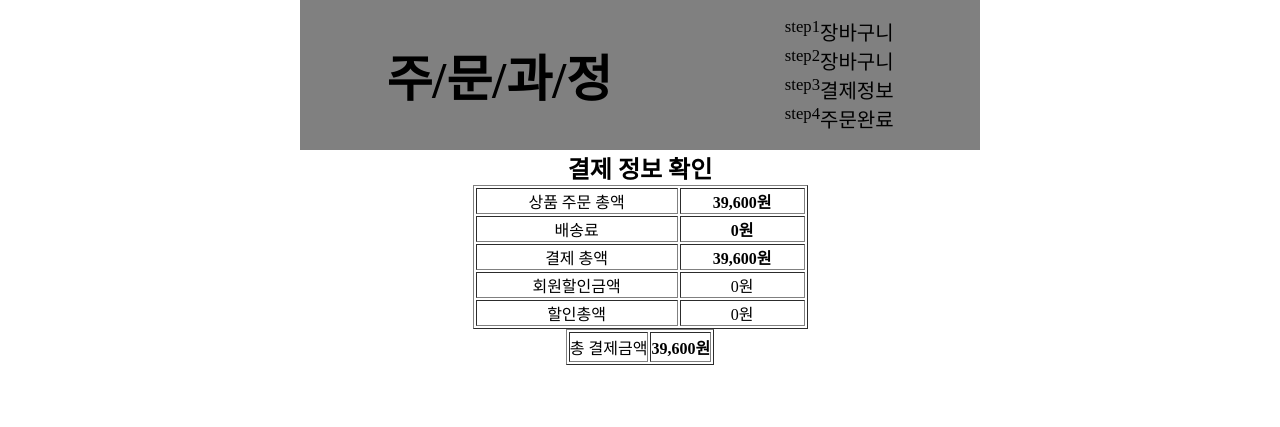
Repository: kym-1000/book
Page: http://localhost/book/WEB-INF/views/cart/pay.jsp
These files come from the project's save history. The page is drawn as it stood at one moment and after the next save; the edit follows.
The browser window is 1280 px wide. The pictures show the whole page.
The page is served by Tomcat 9. Nobody is signed in. Other server files are loaded and not shown. The template is opened directly, without the code that normally fills it, so the values that code supplies are empty.

Above is the page before, as saved 2023-01-02 07:54:51.

### book/book/src/main/webapp/WEB-INF/views/cart/pay.jsp
<%@ page language="java" contentType="text/html; charset=UTF-8"
    pageEncoding="UTF-8"%>
<!DOCTYPE html>
<html>
<head>
<meta charset="UTF-8">
<title>Insert title here</title>

<style type="text/css">
	*{
		margin: auto;
		padding: 0;
		}

	#pay{
		text-align: center;
		display : flex;
		align-items : center;

	}


</style>
</head>
<body>

	<jsp:include page="../cart/cartheader.jsp"></jsp:include>

	<h2 style="text-align: center;"> 결제 정보 확인</h2>

	<div id="pay">

	<form action="" method="post">

               <table width="335" border="1">
                 <tbody>
                   <tr>
                     <td class="td1">상품 주문 총액  </td>
                     <td class="td2"><strong><span >39,600</span>원</strong></td>
                   </tr>
                   <tr>
                     <td class="td1">배송료</td>
                     <td class="td2"><strong><span >0</span>원</strong></td>
                   </tr>
                   <tr>
                     <td class="td1">결제 총액</td>
                     <td class="td2"><strong>39,600원</strong></td>
                   </tr>
                   <tr>
                     <td class="td1">회원할인금액</td>
                     <td class="td2"><span>0</span>원</td>
                   </tr>
                     <tr>
                     <td class="td1">할인총액</td>
                     <td class="td2"><span>0</span>원</td>
                   </tr>

                 </tbody>
               </table>

            <table  border="1">
               <tbody>
                 <tr>
                  <td height="28" >총 결제금액</td>
                  <td height="28" ><strong><span >39,600</span>원</strong></td>
                 </tr>
            	</tbody>
            </table>

		</form>

		</div>



</body>
</html>

### book/book/src/main/webapp/WEB-INF/views/cart/cartheader.jsp
<%@ page language="java" contentType="text/html; charset=UTF-8"
    pageEncoding="UTF-8"%>
<%@ taglib uri="http://java.sun.com/jsp/jstl/core" prefix="c" %>
<!DOCTYPE html>
<html>
<head>
<meta charset="UTF-8">
<title>Insert title here</title>
<style type="text/css">

	#pagetop{
		margin-left: 300px;
		margin-right: 300px;
	    background-color: grey;
	    font-size: 20px;
		height: 150px;
		display : flex;
	  	/* justify-content : center; */
	  	align-items : center;
	}

</style>
</head>
<body>


	<div id="pagetop">
		<h2 style="text-align: left; font-size: 50px">
			주/문/과/정
		</h2>
		<div style="text-align: right;">

		<c:choose >
		<c:when test="${msg eq 1}">
		<div style="color: red">
		<sup>step1</sup>장바구니
		</div>
		</c:when>
		<c:otherwise>
		<div>
		<sup>step1</sup>장바구니
		</div>
		</c:otherwise>
		</c:choose>

		<c:choose>
		<c:when test="${msg eq 2}">
		<div style="color: red">
		<sup>step2</sup>배송정보
		</div>
		</c:when>
		<c:otherwise>
		<div>
		<sup>step2</sup>장바구니
		</div>
		</c:otherwise>
		</c:choose>

		<c:choose>
		<c:when test="${msg eq 3}">
		<div style="color: red">
		<sup>step3</sup>결제정보
		</div>
		</c:when>
		<c:otherwise>
		<div>
		<sup>step3</sup>결제정보
		</div>
		</c:otherwise>
		</c:choose>

		<c:choose>
		<c:when test="${msg eq 4}">
		<div style="color: red">
		<sup>step4</sup>주문완료
		</div>
		</c:when>
		<c:otherwise>
		<div>
		<sup>step4</sup>주문완료
		</div>
		</c:otherwise>
		</c:choose>

		</div>
	</div>

</body>
</html>

After the next save:
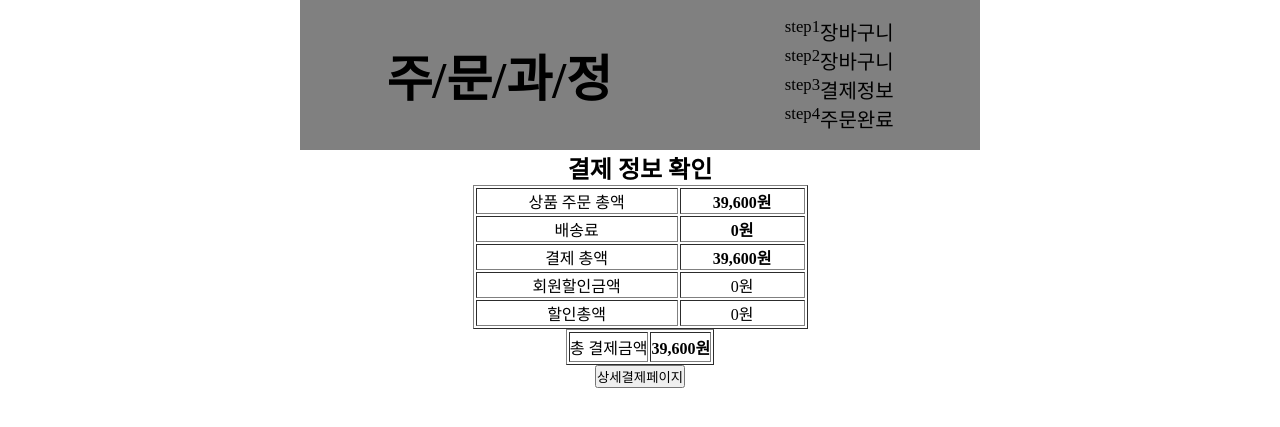
Saved 57 s later.
--- a/book/book/src/main/webapp/WEB-INF/views/cart/pay.jsp
+++ b/book/book/src/main/webapp/WEB-INF/views/cart/pay.jsp
@@ -67,6 +67,8 @@
             	</tbody>
             </table>
 
+            <button type="submit" id="btn" >상세결제페이지</button>
+
 		</form>
 
 		</div>
